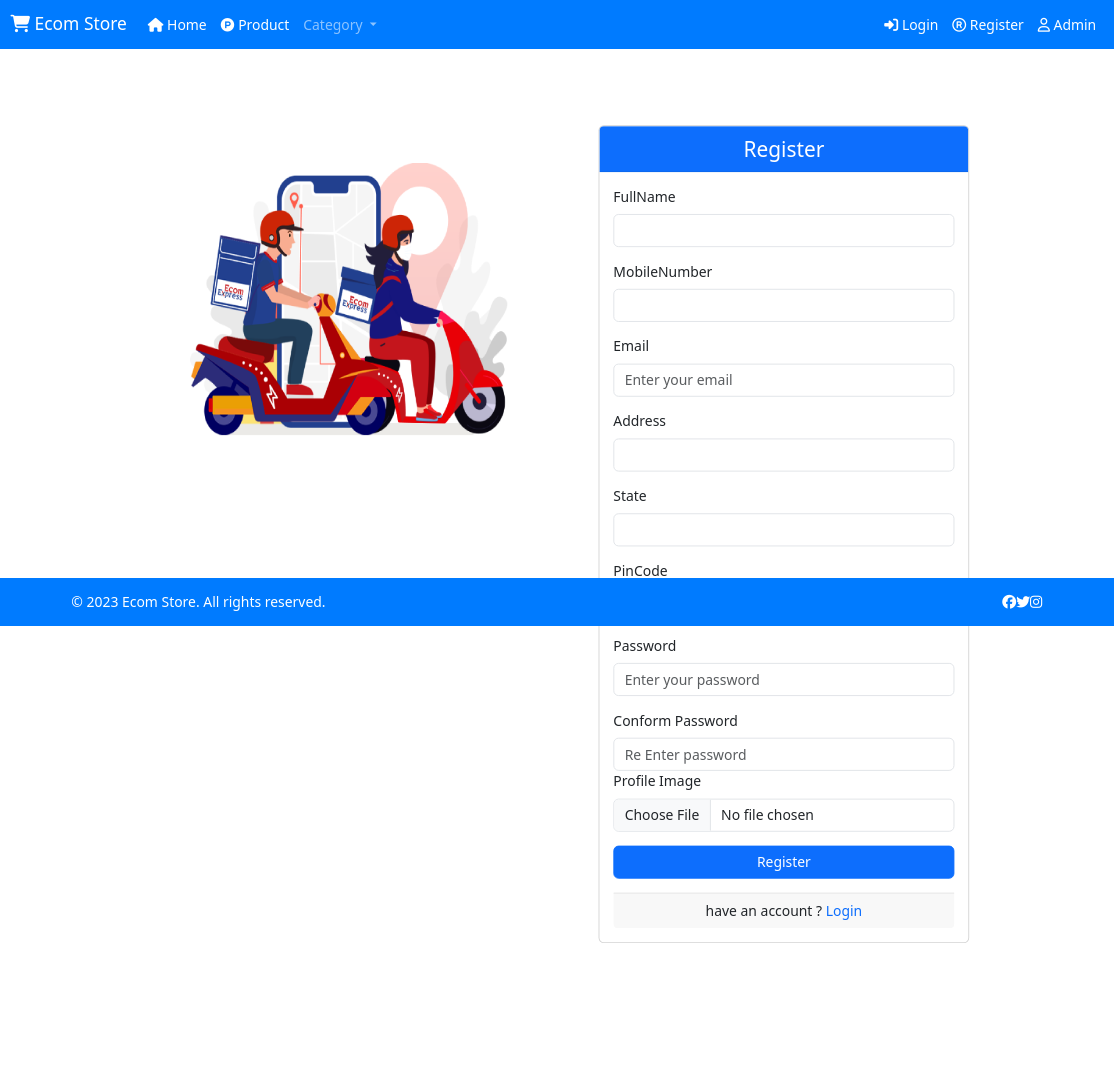
Repository: Deva-bot/EcomProject
Page: http://localhost/register
The author's editor kept a copy of each file at every save. The page is drawn from the files as they stood at one save, then again after a run of saves.
The browser window is 1280 px wide. The pictures show the whole page, at 87% of full size.
The page is this project's Thymeleaf template; nobody is signed in. The template is opened directly, without the code that normally fills it, so the values that code supplies are empty.

Above is the page before, as saved 2024-07-12 15:02:47.

After the next 2 saves:
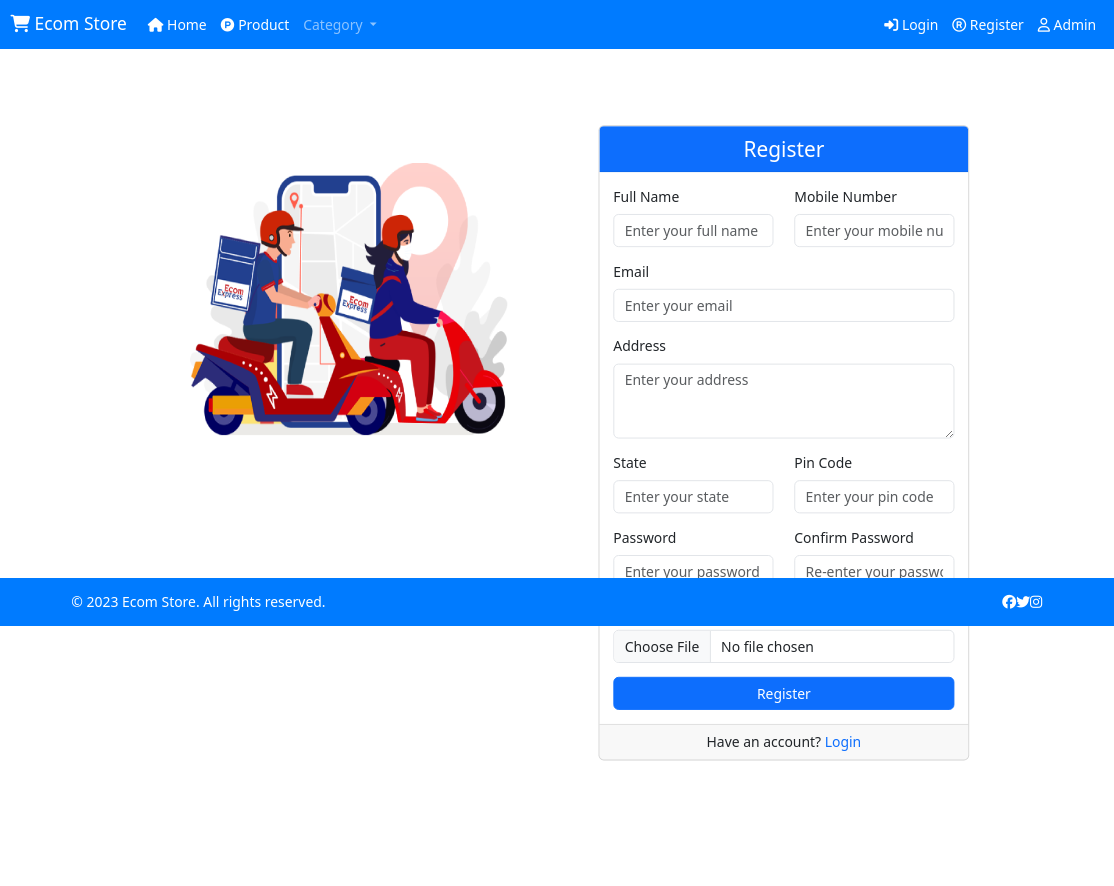
The 2 saves are shown as one change because they came seconds apart.
The last was saved 2 min 11 s later.
--- a/Shopping_Cart/src/main/resources/templates/register.html
+++ b/Shopping_Cart/src/main/resources/templates/register.html
@@ -20,63 +20,66 @@
 						</div>
 						<div class="card-body">
 							<form>
-								<div class="mb-3">
-									<label class="form-label" for="password">FullName</label>
-									<input class="form-control" id="password" name="password" type="password"
-										>
+								<div class="row">
+									<div class="col-md-6 mb-3">
+										<label class="form-label" for="fullName">Full Name</label>
+										<input class="form-control" id="fullName" name="fullName" type="text"
+											placeholder="Enter your full name">
+									</div>
+									<div class="col-md-6 mb-3">
+										<label class="form-label" for="mobileNumber">Mobile Number</label>
+										<input class="form-control" id="mobileNumber" name="mobileNumber" type="tel"
+											placeholder="Enter your mobile number">
+									</div>
 								</div>
-								<div class="mb-3">
-									<label class="form-label" for="password">MobileNumber</label>
-									<input class="form-control" id="password" name="password" type="password">
-								</div>
-
 								<div class="mb-3">
 									<label class="form-label" for="email">Email</label>
 									<input class="form-control" id="email" name="email" type="email"
 										placeholder="Enter your email">
 								</div>
 								<div class="mb-3">
-									<label class="form-label" for="password">Address</label>
-									<input class="form-control" id="password" name="password" type="password"
-										>
+									<label class="form-label" for="address">Address</label>
+									<textarea class="form-control" id="address" name="address" rows="3"
+										placeholder="Enter your address"></textarea>
+								</div>
+								<div class="row">
+									<div class="col-md-6 mb-3">
+										<label class="form-label" for="state">State</label>
+										<input class="form-control" id="state" name="state" type="text"
+											placeholder="Enter your state">
+									</div>
+									<div class="col-md-6 mb-3">
+										<label class="form-label" for="pinCode">Pin Code</label>
+										<input class="form-control" id="pinCode" name="pinCode" type="text"
+											placeholder="Enter your pin code">
+									</div>
+								</div>
+								<div class="row">
+									<div class="col-md-6 mb-3">
+										<label class="form-label" for="password">Password</label>
+										<input class="form-control" id="password" name="password" type="password"
+											placeholder="Enter your password">
+									</div>
+									<div class="col-md-6 mb-3">
+										<label class="form-label" for="confirmPassword">Confirm Password</label>
+										<input class="form-control" id="confirmPassword" name="confirmPassword"
+											type="password" placeholder="Re-enter your password">
+									</div>
 								</div>
 								<div class="mb-3">
-									<label class="form-label" for="password">State</label>
-									<input class="form-control" id="password" name="password" type="password"
-										>
+									<label class="form-label" for="profileImage">Profile Image</label>
+									<input class="form-control" id="profileImage" name="profileImage" type="file">
 								</div>
-								<div class="mb-3">
-									<label class="form-label" for="password">PinCode</label>
-									<input class="form-control" id="password" name="password" type="password"
-										>
-								</div>
-								<div class="mb-3">
-									<label class="form-label" for="password">Password</label>
-									<input class="form-control" id="password" name="password" type="password"
-										placeholder="Enter your password">
-								</div>
-								<div class="mb-3">
-									<label class="form-label" for="password">Conform Password</label>
-									<input class="form-control" id="password" name="password" type="password"
-										placeholder="Re Enter password">
-								<div class = "mb-3">
-								<label class="form-label">Profile Image</label><input class="form-control" name="profile-image" type="file">
-
-
-								</div>
-
 								<button type="submit" class="btn btn-primary col-md-12">Register</button>
 							</form>
 						</div>
 						<div class="card-footer text-center">
-
-							 have an account ? <a href="/login" class="text-decoration-none ">Login</a>
+							Have an account? <a href="/login" class="text-decoration-none text-primary">Login</a>
 						</div>
 					</div>
 				</div>
 			</div>
 		</div>
-
 	</section>
 </body>
 
